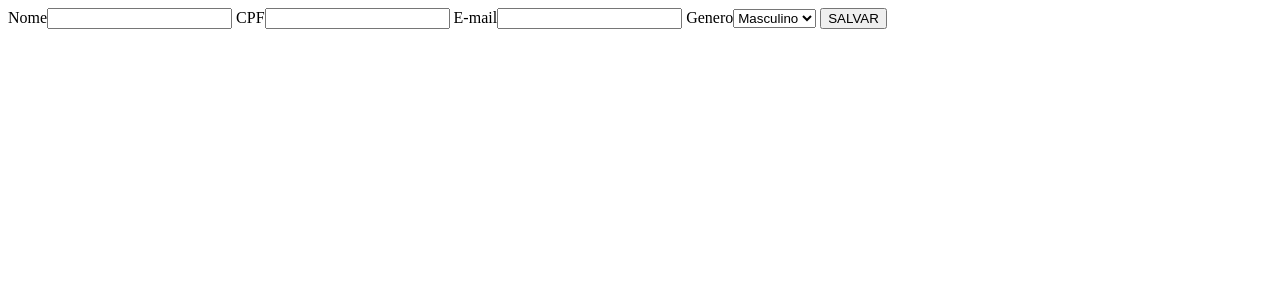
Repository: BrunoFBI/LED-2019
Page: http://localhost/les12015-web/CadastroCliente.jsp
These files come from the project's save history. The page is drawn as it stood at one moment and after the next save; the edit follows.
The browser window is 1280 px wide. The pictures show the whole page.
The page is served by Tomcat 9.

Above is the page before, as saved 2019-02-12 17:11:32.

After the next save:
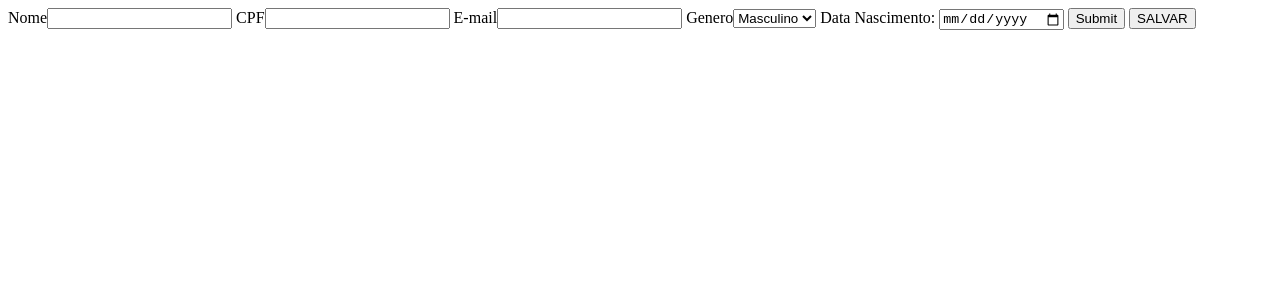
Saved 31 min 18 s later.
--- a/les12015-web/WebContent/CadastroCliente.jsp
+++ b/les12015-web/WebContent/CadastroCliente.jsp
@@ -18,6 +18,8 @@
 			  <option value="volvo">Feminino</option>
 			  <option value="volvo">Outros</option>
 			</select>
+			Data Nascimento: <input type="date" name="bday">
+  <input type="submit">
 		<input type="submit" name="operacao" value="SALVAR" id="operacao">
 	</form>
 </body>
